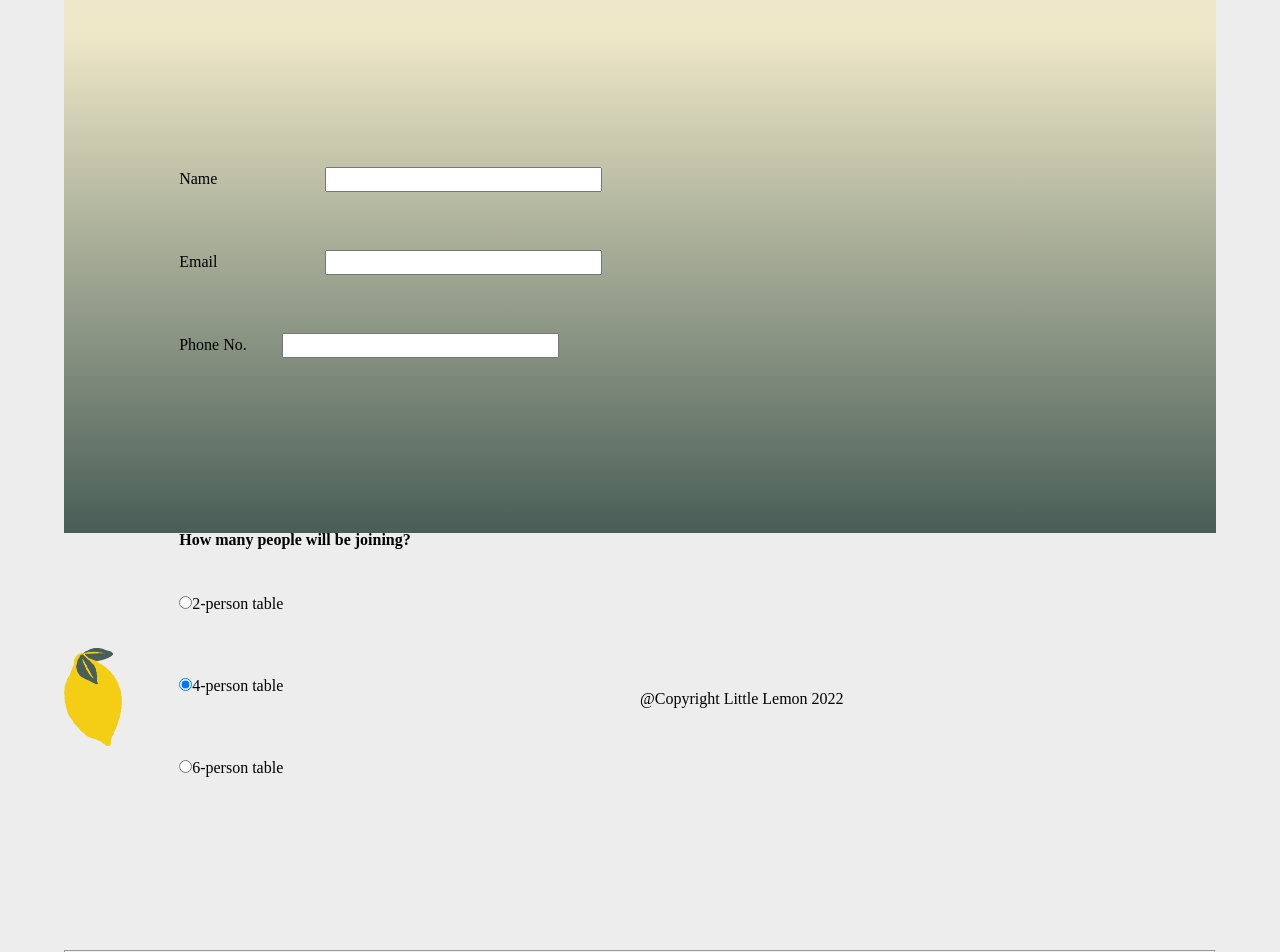
Repository: klone007/littleLemon
Page: index.html
The author's editor kept a copy of each file at every save. The page is drawn from the files as they stood at one save, then again after a run of saves.
The browser window is 1280 px wide. The pictures show the part of the page from y = 3434 to 4386 px (the page is 4425 px tall before and 4418 px after).
A picture or video elsewhere on the page could not be fetched, so the positions and the page height are approximate. Backgrounds fixed to the window are drawn as part of the page.

Above is the page before, as saved 2022-11-17 13:31:23.

### index.html
<!DOCTYPE html>
<html lang="en">
<head>
    <meta charset="UTF-8">
    <meta http-equiv="X-UA-Compatible" content="IE=edge">
    <meta name="viewport" content="width=device-width, initial-scale=1.0">
    <title>Little Lemon</title>
    <meta name="author" content="Owned by Maria & Jason">
    <meta name="description" content="Little lemon restaurant">

    <link rel="stylesheet" href="./styles.css">
    <link rel="stylesheet" href="./docs/flickity.css" media="screen">
</head>
<body>
    <script src="./docs/flickity.pkgd.min.js"></script>

<nav class="top-nav navbar-fixed-top">
    <header>
        <a href="#Home">
            <img src="./img/Asset 20@4x.png" alt="logo" />
        </a>
    </header>
    <input id="menu-toggle" type="checkbox" />
    <label class='menu-button-container' for="menu-toggle">
    <div class='menu-button'></div>
  </label>
    <ul class="menu">
        <li><a href="#Home">Home</a></li>
        <li><a href="#Menu">Menu</a></li>
        <li><a href="#mainBook">Book</a></li>
        <li><a href="#About">About</a></li>
    </ul>
</nav>


    <main>
        <h1 id="Home">Our Featured</h1>
        <section class="gallery js-flickity" data-flickity-options='{ "wrapAround": true }'>
            <div class="gallery-cell">
                <img src="https://external-content.duckduckgo.com/iu/?u=https%3A%2F%2Fwww.sightseeingtoursitaly.com%2Fwp-content%2Fuploads%2F2019%2F06%2FFamous-Italian-dishes.jpg&f=1&nofb=1&ipt=5f17ed8798b09670346a59e0c6dda9133987f1fbc826aab0525b9c7dfd5eefc6&ipo=images" alt="" loading="lazy" />
            </div>
            <div class="gallery-cell">
                <img src="https://external-content.duckduckgo.com/iu/?u=https%3A%2F%2Fcdn.websites.hibu.com%2F42205d4164494aec9952633686609fc8%2Fdms3rep%2Fmulti%2Fshutterstock_1048781273.jpg&f=1&nofb=1&ipt=9319afd718bb88107d86b2624e313065a7d3a600e22631227c980300d2d9ea5e&ipo=images" alt="" loading="lazy" />
            </div>
            <div class="gallery-cell">
                <img src="https://external-content.duckduckgo.com/iu/?u=https%3A%2F%2Fdianashealthyliving.com%2Fwp-content%2Fuploads%2F2019%2F09%2FItalian-food-Depositphotos_.jpg&f=1&nofb=1&ipt=6b3899b664b8c8aa324edf4a5f0cf548525f48ccb5f7a4fc71eac060adbfea16&ipo=images" alt="" loading="lazy" />
            </div>
            <div class="gallery-cell">
                <img src="https://external-content.duckduckgo.com/iu/?u=https%3A%2F%2Fwww.lux-review.com%2Fwp-content%2Fuploads%2F2020%2F03%2FPasta-1.jpg&f=1&nofb=1&ipt=236038c1ddcf4aa03c9a1fd1d1489bc57e1f28b597d5af0d285d39a5f3813c10&ipo=images" alt="" />
            </div>
            <div class="gallery-cell">
                <img src="https://external-content.duckduckgo.com/iu/?u=https%3A%2F%2Fthepointsguy.co.uk%2Fwp-content%2Fuploads%2F2020%2F09%2FGettyImages-599272840.jpg&f=1&nofb=1&ipt=aed47e269af3bf5fa11b8c201e77a3612dee3b5e70cd9f18d9500c28e0df9f67&ipo=images" alt="" loading="lazy" />
            </div>
        </section>

        <h1 id="Menu">Menu</h1>
        <section id="mainMenu">
            <article>
                <h3>Dish 1</h3>
                <div>
                    <img src="https://external-content.duckduckgo.com/iu/?u=https%3A%2F%2Fwww.trbimg.com%2Fimg-58b999a4%2Fturbine%2Fct-chicago-modern-classics-food-0308-20170303&f=1&nofb=1&ipt=e55a6103835e539b9ddba910f3aa8f07babc50ec035bc059d606dd24fa5a5659&ipo=images" alt="" />
                    <p>Lorem ipsum dolor sit amet consectetur adipisicing elit. Labore inventore rem quos repellat fugiat consequatur numquam, sapiente aperiam culpa aliquid maiores asperiores! Alias eligendi odit, vero amet aut quia non?</p>
                </div>
            </article>
            <article>
                <h3>Dish 2</h3>
                <div>
                    <img src="https://external-content.duckduckgo.com/iu/?u=https%3A%2F%2Fwww.webivm.com%2Fwp-content%2Fuploads%2F2016%2F12%2FFood-Photos.jpg&f=1&nofb=1&ipt=6a3492d880aad37e76e2c229f1153e1a0fc916bf886f3e4d2b33b8b43cbbb8ba&ipo=images" alt="" />
                    <p>Lorem ipsum dolor sit amet consectetur adipisicing elit. Labore inventore rem quos repellat fugiat consequatur numquam, sapiente aperiam culpa aliquid maiores asperiores! Alias eligendi odit, vero amet aut quia non?</p>
                </div>
            </article>
            <article>
                <h3>Dish 3</h3>
                <div>
                    <img src="https://external-content.duckduckgo.com/iu/?u=https%3A%2F%2Fwww.food-management.com%2Fsites%2Ffood-management.com%2Ffiles%2Fstyles%2Farticle_featured_retina%2Fpublic%2FHawaiiPromo_BU_1.jpg%3Fitok%3Dl8BccNDz&f=1&nofb=1&ipt=f5ae2a2fe3e9c6f5db3d1dd3f7cba8346bc18a211ab68dd1c32996616daafb87&ipo=images" alt="" />
                    <p>Lorem ipsum dolor sit amet consectetur adipisicing elit. Labore inventore rem quos repellat fugiat consequatur numquam, sapiente aperiam culpa aliquid maiores asperiores! Alias eligendi odit, vero amet aut quia non?</p>
                </div>
            </article>
            <article>
                <h3>Dish 4</h3>
                <div>
                    <img src="https://external-content.duckduckgo.com/iu/?u=https%3A%2F%2Fmoroccanfoodtour.com%2Fwp-content%2Fuploads%2F2020%2F05%2FMFT-Tetouan-Food-Tour-5.jpg&f=1&nofb=1&ipt=5d10271906c29c0f482e9af2e71def8f1021706b03ddfc3b13a227a26cf32f92&ipo=images" alt="" />
                    <p>Lorem ipsum dolor sit amet consectetur adipisicing elit. Labore inventore rem quos repellat fugiat consequatur numquam, sapiente aperiam culpa aliquid maiores asperiores! Alias eligendi odit, vero amet aut quia non?</p>
                </div>
            </article>
            <article>
                <h3>Dish 5</h3>
                <div>
                    <img src="https://external-content.duckduckgo.com/iu/?u=https%3A%2F%2Fimg.choice.com.au%2F-%2Fmedia%2Ff738b5b9623b4c90ad0837f98b0ea96b.ashx&f=1&nofb=1&ipt=1635fb9e31ba85f9b28735716f80466546eed1ee7c42d5bcbd6a9909df5d35f2&ipo=images" alt="" />
                    <p>Lorem ipsum dolor sit amet consectetur adipisicing elit. Labore inventore rem quos repellat fugiat consequatur numquam, sapiente aperiam culpa aliquid maiores asperiores! Alias eligendi odit, vero amet aut quia non?</p>
                </div>
            </article>
            <article>
                <h3>Dish 6</h3>
                <div>
                    <img src="https://external-content.duckduckgo.com/iu/?u=https%3A%2F%2Fwww.charlottefashionplate.com%2Fwp-content%2Fuploads%2F2019%2F04%2FFullSizeRender-2019-09-12T093414.937-e1568295666416.jpg&f=1&nofb=1&ipt=a75d703fefdf0bc48c22dafd73ad0c617d56c21db92b64727021d744cfa860a5&ipo=images" alt="" />
                    <p>Lorem ipsum dolor sit amet consectetur adipisicing elit. Labore inventore rem quos repellat fugiat consequatur numquam, sapiente aperiam culpa aliquid maiores asperiores! Alias eligendi odit, vero amet aut quia non?</p>
                </div>
            </article>
        </section>

        <h1 id="About">About</h1>
        <section id="mainAbout">
            <div class="myDIV">
                 <img src="https://external-content.duckduckgo.com/iu/?u=https%3A%2F%2Fst3.depositphotos.com%2F2572561%2F16353%2Fi%2F950%2Fdepositphotos_163534638-stock-photo-two-famous-chefs-discuss-their.jpg&f=1&nofb=1&ipt=b503cf392cbfb92c1189adf6e87bce2d96b5f10e32ff79c8c39acd97c9648224&ipo=images" alt="Little Lemon's chefs" loading="lazy" />
            </div>
            <!-- <div class="hide">
                The image used is stock image from google images.
            </div> -->

            <p>
                Based in Chicago, Illinois, <strong>Little Lemon is a family-owned Mediterranean restaurant</strong>, focused on <strong>traditional recipes served with a
                modern twist.</strong> The chefs draw inspiration from Italian, Greek, and Turkish culture and have a menu of 12–15 items that they rotate
                seasonally. The restaurant has a rustic and relaxed atmosphere with moderate prices, making it a <strong>popular place for a meal any time of
                the day.</strong>
                <br /> <br />
                Little Lemon is <strong>owned by</strong>two Italian brothers, <strong>Mario and Adrian</strong>, who moved to the United States to pursue their shared dream of owning a restaurant.
                To craft the menu, Mario relies on family recipes and his experience as a chef in Italy. Adrian does all the marketing for the restaurant and led the
                effort to expand the menu beyond classic Italian to incorporate additional cuisines from the Mediterranean region.
            </p>
        </section>
        <section id="mainBook">
            <h1>Book</h1>
            <div class="parallax"></div>

            <form class="content" method="post" >

                    <label for="user_Name">Name
                        <input type="text" id="user_Name" name="user_Name" required/>
                    </label>
                    <label for="user_Email">Email
                        <input type="email" id="user_Email" name="user_Email" required/>
                    </label>

                <label for="user_Phone">Phone No.
                    <input type="tel" id="user_Phone" name="user_Phone"/>
                </label>
                <fieldset id="size">
                    <p><strong>How many people will be joining?</strong></p>
                    <label><input type="radio" value="2" name="size" />2-person table</label><br>
                    <label><input type="radio" value="4" name="size" checked/>4-person table</label><br>
                    <label><input type="radio" value="6" name="size" />6-person table</label>
                </fieldset>
                <fieldset id="location">
                    <label><input type="radio" value="indoors" name="location" checked/>Indoors</label>
                    <label><input type="radio" value="outdoors" name="location" />Outdoors</label>
                </fieldset>
                <button type="submit">Book table</button>

            </form>
        </section>
    </main>
    <footer>
        <div >
            <img src="./img/Asset 9@4x.png" alt=""></img>
        </div>
        <div >
            <p>@Copyright Little Lemon 2022</p>
        </div>
    </footer>


</body>
</html>

### styles.css
:root {
    --lemonYelow:#f4ce14;
    --lemonGreen: #495e57;
}


*{
    margin:0;
    padding:0;
    -webkit-box-sizing: border-box;
    box-sizing: border-box;
}

body {
    background-color: #ededed;
    margin-top: 1rem;
    margin-bottom: 1rem;
    margin-left: 5%;
    margin-right: 5%;
}

header  img {
    display: block;
    margin-left: auto;
    margin-right: auto;
    max-width:3rem;
    min-height:3rem;
    animation-duration: 2s;
    animation-name: slideinLeft;
}

.top-nav  ul {
    list-style: none;
    animation-duration: 2s;
    animation-name: slideinRight;
}

.top-nav a {
    text-decoration: none;
    /* color:rgb(252, 227, 8); */
    color:white;
    padding: 10px 30px;
}

.top-nav a:hover {
    color: var(--lemonYelow);
    transform: scale(0.7);
}

.top-nav {
    display: flex;
    flex-direction: row;
    align-items: center;
    justify-content: space-between;
    background-color: #00BAF0;
    /* background: linear-gradient(to left, #214900ef, #ffe5511e); */
    background: linear-gradient(to left, #495e57, #f4cf142c);

    /* W3C, IE 10+/ Edge, Firefox 16+, Chrome 26+, Opera 12+, Safari 7+ */
    color: #FFF;
    height: 50px;
    padding: 1em;
    margin-top: 3%;


  }

  .menu {
    display: flex;
    flex-direction: row;
    list-style-type: none;
    margin: 0;
    padding: 0;
  }

  .menu > li {
    margin: 0 1rem;
    overflow: hidden;
  }

  .menu-button-container {
    display: none;
    height: 100%;
    width: 30px;
    cursor: pointer;
    flex-direction: column;
    justify-content: center;
    align-items: center;
  }

  #menu-toggle {
    display: none;
  }

  .menu-button,
  .menu-button::before,
  .menu-button::after {
    display: block;
    background-color: #fff;
    position: absolute;
    height: 4px;
    width: 30px;
    transition: transform 400ms cubic-bezier(0.23, 1, 0.32, 1);
    border-radius: 2px;
  }

  .menu-button::before {
    content: '';
    margin-top: -8px;
  }

  .menu-button::after {
    content: '';
    margin-top: 8px;
  }

  #menu-toggle:checked + .menu-button-container .menu-button::before {
    margin-top: 0px;
    transform: rotate(405deg);
  }

  #menu-toggle:checked + .menu-button-container .menu-button {
    background: rgba(255, 255, 255, 0);
  }

  #menu-toggle:checked + .menu-button-container .menu-button::after {
    margin-top: 0px;
    transform: rotate(-405deg);
  }

  @media (max-width: 700px) {
    .menu-button-container {
      display: flex;
    }
    .menu {
        z-index:1000;
      position: absolute;
      top: 50px;
      margin-top: 50px;
      left: 0;
      flex-direction: column;
      width: 100%;
      justify-content: center;
      align-items: center;
    }
    #menu-toggle ~ .menu li {
      height: 0;
      margin: 0;
      padding: 0;
      border: 0;
      transition: height 400ms cubic-bezier(0.23, 1, 0.32, 1);
    }
    #menu-toggle:checked ~ .menu li {
      border: 1px solid #333;
      height: 3.5em;
      padding: 0.5em;
      transition: height 400ms cubic-bezier(0.23, 1, 0.32, 1);
    }
    .menu > li {
      display: flex;
      justify-content: center;
      margin: 0;
      padding: 0.5em 0;
      width: 100%;
      color: white;
      background-color: #222;
    }
    .menu > li:not(:last-child) {
      border-bottom: 1px solid #444;
    }
  }

  .navbar-fixed-top{
    position: -webkit-sticky;
    position: sticky;
    top: 0px;
    z-index: 99999;
  }

/* nav {
display: flex;
justify-content: space-between;
}

header > img {
    display: block;
    margin-left: auto;
    margin-right: auto;
    max-width:5rem;
    min-height:5rem;
}

nav  ul {
    list-style: none;
    display: flex;
    justify-content: center;
    align-items: center;

}

nav a:link {
    text-decoration: none;
    color: rgb(5, 107, 5);
    padding: 10px 50px;

}

nav a:hover {
    background-color: green;
    color: antiquewhite;
} */




main  h1 {
    display: flex;
    justify-content: center;
    align-items: center;
    margin-top:5%;
    margin-bottom:3%;
    color:var(--lemonGreen);
    padding-top: 1rem;
}

main  h1:hover{
    /* animation: 1s 1 forwards pulse */
    transform: scale(1.2);
    transition: 0.5s ease-in-out;
}

main img {
    max-width:100%;
    min-height: 100%;
}

.gallery {
    background: #EEE;
    margin-bottom: 5%;
  }

  .gallery-cell {
    width: 50vw;
    height: 30vh;
    margin-left: 10px;
    counter-increment: gallery-cell;
  }

  /* cell number */
  .gallery-cell:before {
    display: block;
    text-align: center;
    content: "";
    line-height: 200px;
    font-size: 80px;
    color: white;
  }



  #mainMenu {
    display: flex;
    flex-wrap: wrap;
    overflow: auto;

}
#mainMenu div {
    display: flex;
    justify-content: center;
    align-items: center;
    gap:2rem;
}

#mainMenu img {
    max-width: 5rem;
    max-height: 5rem;
}
article img:hover {
    transform: scale(4) translate(50%,10%);
    transition: 0.5s ease-in-out;
}

main h3 {
    padding-bottom:1rem
}

main article {
    flex: 1 0 500px;
    box-sizing: border-box;
    margin: 1rem .25em;
    padding:2rem;

    max-width: 25rem;
}

main article:hover {
    color:#f4ce14;
    background-color: var(--lemonGreen);
    box-shadow: inset 0 0 1rem #444;
    border-radius: 5%;
}

@media screen and (min-width: 40em) {
    main article  {
       max-width: calc(50% -  1em);
    }


}

@media screen and (min-width: 60em) {
    main article  {
        max-width: calc(25% - 1em);
    }
}


#mainAbout {
    display: flex;
    flex-direction:column;
    justify-content: center;
    align-items: center;

}

#mainAbout img {
    max-width: 20rem;
    min-height: 20rem;
    margin:5%;
    padding:2rem;
    border-radius: 50%;
    filter:blur(0.5rem) grayscale(100%);
    transition:.5s ease-out;
}
#mainAbout img:hover {
    filter:blur(0rem) grayscale(0%);

}
/* .hide {
    display: none;
    position:absolute;
    left:8%
  } */

  /* .myDIV:hover + .hide {
    display: block;
    color: red;
  } */

#mainAbout p {
    flex: 1 0 500px;
    box-sizing: border-box;
    margin: 1rem .25em;
    padding:1rem;
}

footer {
    display: flex;
    justify-content: center;
    align-items: center;
    margin-top:10%;
}
footer div {
    flex: 1;
}

footer img {
    width:10%;
}
footer img:hover {
    transform:rotate(60deg) ;
   transition: 1s ease;
}



@media screen and (min-width:880px) {

    .gallery-cell {
        width: 70vw;
        height: 70vh;
        margin-left: 10px;
        counter-increment: gallery-cell;
      }

      #mainAbout{
        display: flex;
        justify-content: space-between;
        flex-direction: row;
        margin:1rem;
        gap: 2rem;
    }
    #mainAbout img {
        max-width: 20rem;
        min-height: 20rem;
        margin:5%;
        border-radius: 0;
    }
    #mainAbout p {
        flex: 1 ;
        box-sizing: border-box;
        margin: 1rem .25em;
        padding:1rem;
    }
    article img:hover {
        transform: scale(8) translate(50%,10%);
        transition: 0.5s ease-in-out;
    }

  }




  @keyframes slideinRight {
    from {
      margin-right: -100rem;
      opacity: 0;
    }
    25% {

        margin-right: -10rem;
        opacity: 0.25;
      }
    50% {

    margin-right: -5rem;
    opacity: 0.5;
    }
    75% {

      margin-right: -1rem;
      opacity: 0.75;
    }

    to {
      margin-right: 0rem;
      opacity: 1;
    }
  }


  @keyframes slideinLeft {
    from {
      margin-left: -100rem;
      opacity: 0;

    }

    25% {

    margin-left: -10rem;
    opacity: 0.25;
    }

    50% {

    margin-left: -5rem;
    opacity: 0.5;
    width:50%;
    }
    75% {

    margin-left: -5rem;
    opacity: 0.5;
    width:75%;

    }

    to {
      margin-left: 0rem;
      opacity: 1;
     width:100%;

    }
  }

  .parallax {
    /* The image used */
    background-image: url("https://external-content.duckduckgo.com/iu/?u=https%3A%2F%2Fuplandsouthcandles.com%2Fwp-content%2Fuploads%2F2018%2F07%2F036684.jpg&f=1&nofb=1&ipt=ed1f1ccf7945ddfd3265d2114ec71a6c897354e652921af8277e8d438890888a&ipo=images");

    /* Set a specific height */
    min-height: 500px;

    /* Create the parallax scrolling effect */
    background-attachment: fixed;
    background-position: center;
    background-repeat: no-repeat;
    background-size: cover;
  }

  .content {
    height:1000px;
    background: linear-gradient(#eee20200,#f4cf142c, #495e57);
    display:flex;
    flex-direction: column;
    align-items: stretch;
    padding-top:50%;
}
.content label {
    padding-top:5%;
    padding-left: 10%;
}

#size{
    display: flex;
    flex-direction: column;
    margin: 15% 10%;
    border:0;

}

#size label {
    margin-left:-10% ;
}

#user_Name{
    margin-left:10%;
    padding:0.2rem 3rem;
}


#user_Email{
    margin-left:10%;
    padding:0.2rem 3rem;
}

#user_Phone{
    margin-left:3%;
    padding:0.2rem 3rem;
}

Loaded but not shown: docs/flickity.pkgd.min.js (library); docs/flickity.css (137 lines, source omitted)

After the next 2 saves:
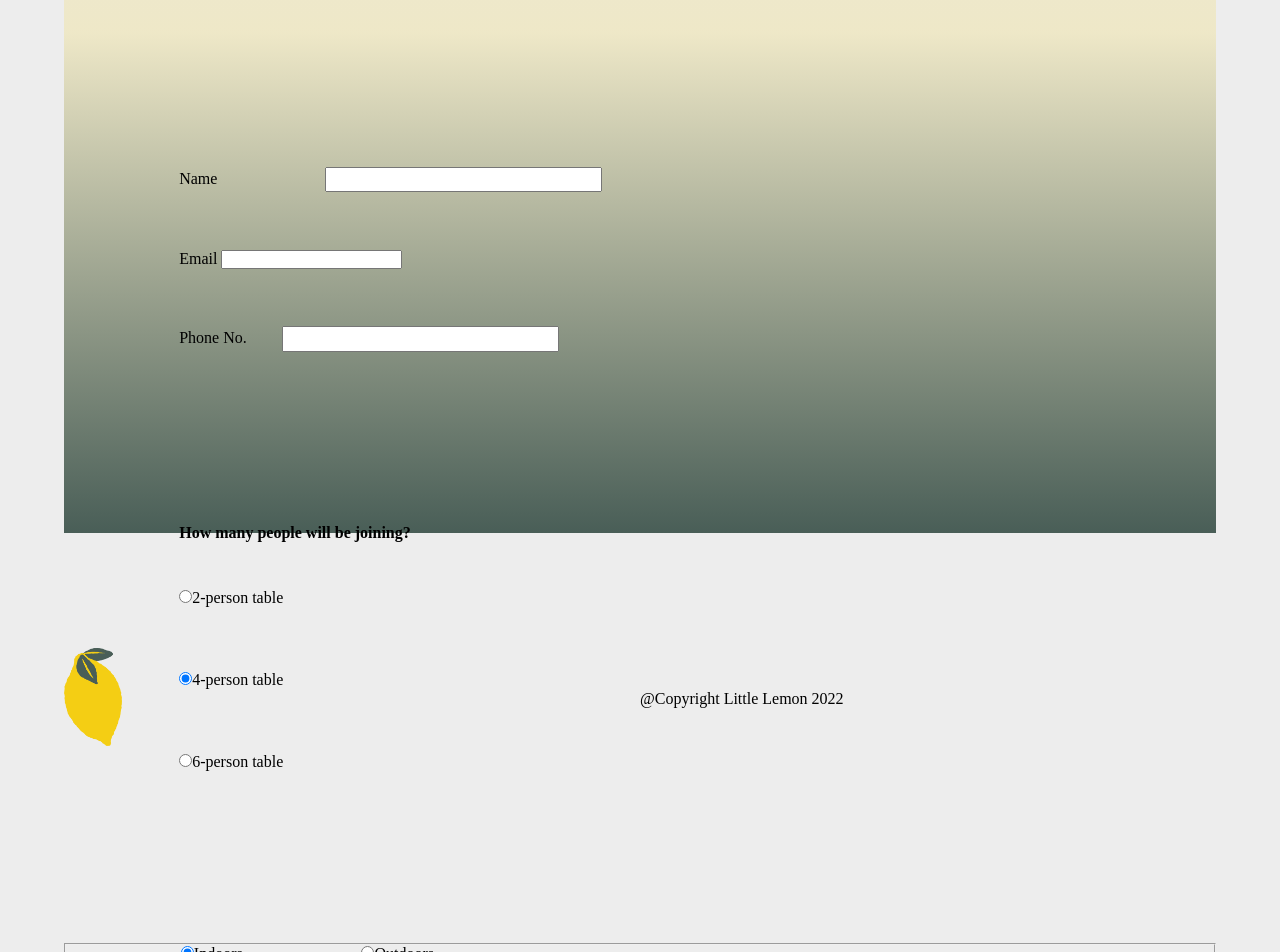
The 2 saves are shown as one change because they came seconds apart.
The last was saved 32 s later.
--- a/styles.css
+++ b/styles.css
@@ -519,6 +519,7 @@
     padding:0.2rem 3rem;
 }
 
+#user
 
 #user_Email{
     margin-left:10%;

After the 2 saves that followed:
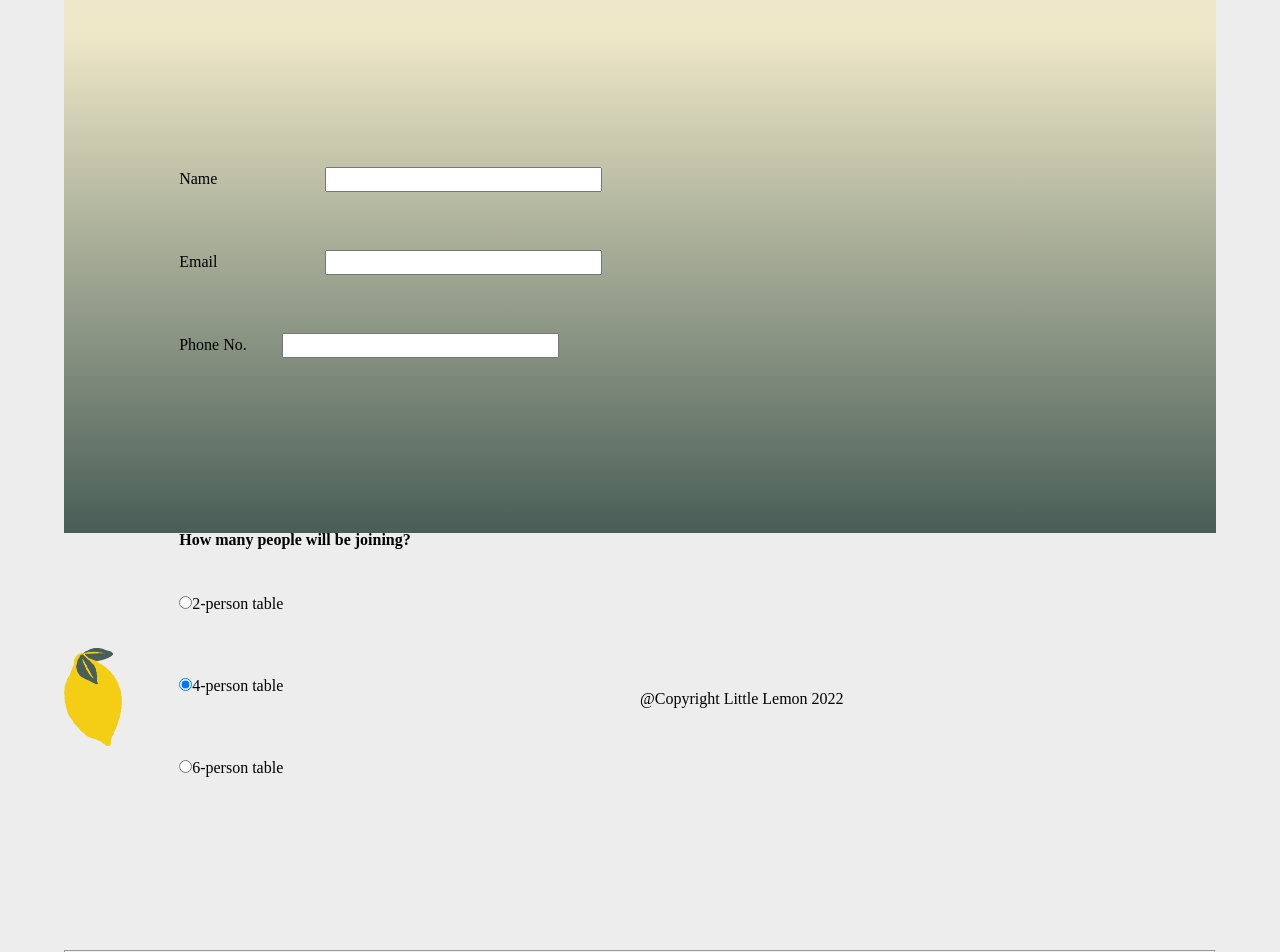
The 2 saves are shown as one change because they came seconds apart.
The last was saved 18 s later.
--- a/styles.css
+++ b/styles.css
@@ -514,12 +514,12 @@
     margin-left:-10% ;
 }
 
+
 #user_Name{
     margin-left:10%;
     padding:0.2rem 3rem;
 }
 
-#user
 
 #user_Email{
     margin-left:10%;
